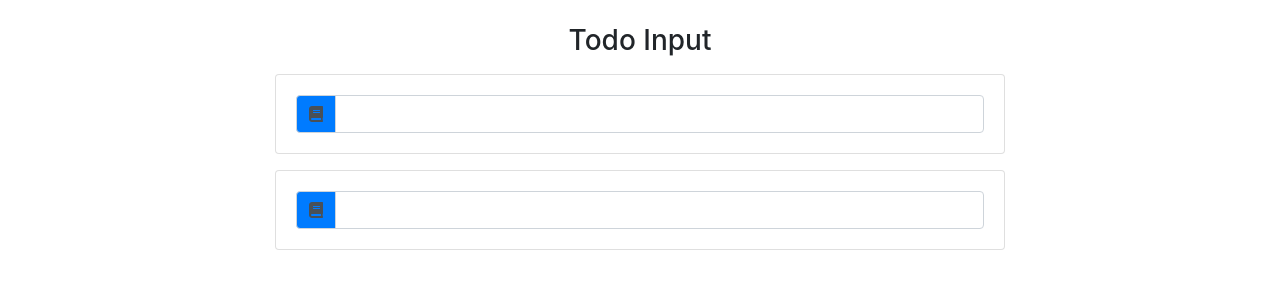
Repository: TomoyaKuroda/React-Simple-Todo-App
Page: /
These files come from the project's save history. The page is drawn as it stood at one moment and after the next save; the edit follows.
The browser window is 1280 px wide. The pictures show the whole page.
Some web libraries are served in a nearby version. The project was rebuilt for these pictures with package versions that can differ from the ones it lists, and the page was loaded fresh each time.

Above is the page before, as saved 2018-12-06 22:04:07.

After the next save:
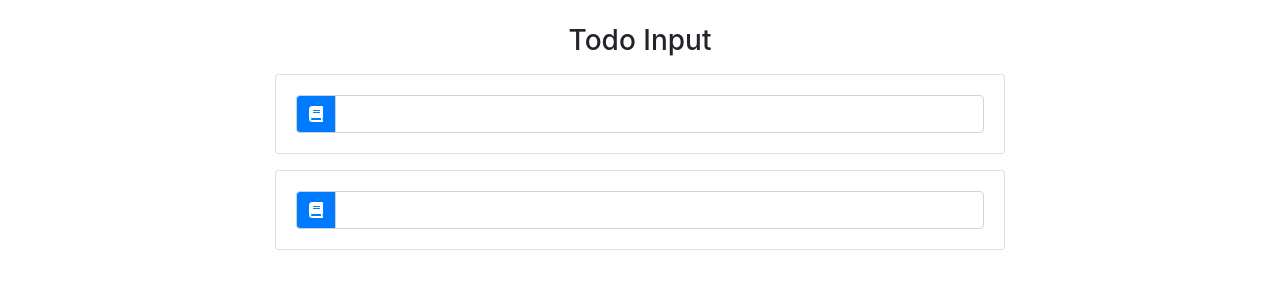
Saved 16 s later.
--- a/src/components/TodoInput.js
+++ b/src/components/TodoInput.js
@@ -7,7 +7,7 @@ export default class TodoInput extends Component {
         <form>
         <div className="input-group">
         <div className="input-group-prepend">
-        <div className="input-group-text bg-primary twxt-white">
+        <div className="input-group-text bg-primary text-white">
         <i className="fas fa-book">
         </i>
         </div>
